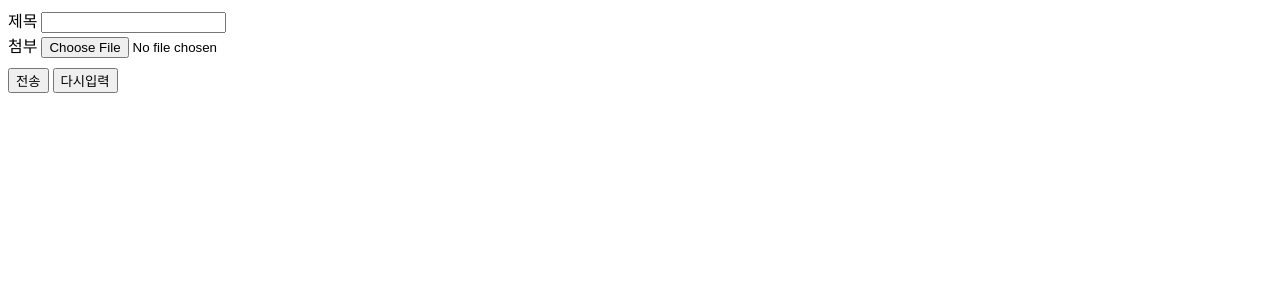
Repository: ted4010/jspstudy
Page: 001_servlet/src/main/webapp/pkg06_upload/NewFile.html
An editor plug-in stored every save of this project. The page is shown before and after the next save, followed by the edit.
The browser window is 1280 px wide. The pictures show the whole page.

Above is the page before, as saved 2024-02-28 06:48:54.

### 001_servlet/src/main/webapp/pkg06_upload/NewFile.html
<!DOCTYPE html>
<html>
<head>
<meta charset="UTF-8">
<title>Insert title here</title>
</head>
<script src="https://code.jquery.com/jquery-3.7.1.min.js" integrity="sha256-/JqT3SQfawRcv/BIHPThkBvs0OEvtFFmqPF/lYI/Cxo=" crossorigin="anonymous"></script>
<style>
  .btn-wrap {
    margin-top: 10px;
  }
</style>
<body>

  <form id="frm"
        method="POST"
        enctype="multipart/form-data">

    <div class="inp-wrap">
      <label for="title">제목</label>
      <input type="text" name="title" id="title">
    </div>
     <div class="inp-wrap">
      <label for="attach-file">첨부</label>
      <input type="file" name="attach-file" id="attach-file">
    </div>
    <div class="btn-wrap">
      <button type="submit">전송</button>
      <button type="reset">다시입력</button>
    </div>
  </form>
</body>
</html>

After the next save:
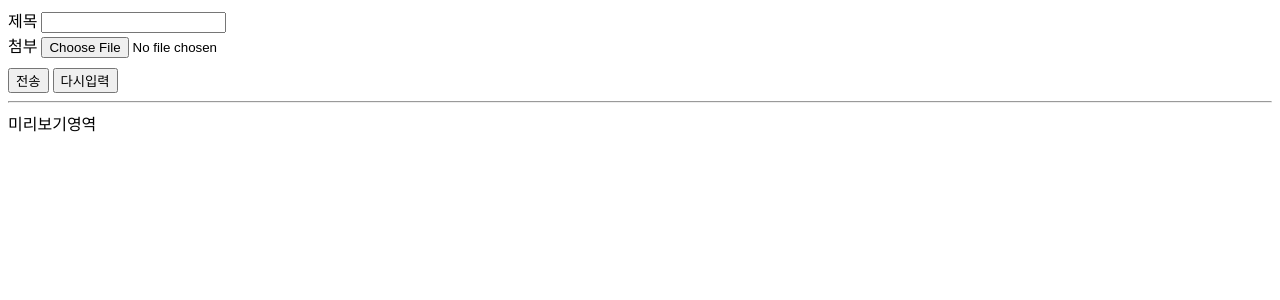
Saved 77 s later.
--- a/001_servlet/src/main/webapp/pkg06_upload/NewFile.html
+++ b/001_servlet/src/main/webapp/pkg06_upload/NewFile.html
@@ -29,5 +29,9 @@
       <button type="reset">다시입력</button>
     </div>
   </form>
+
+  <hr>
+
+  <div id="preview">미리보기영역</div>
 </body>
 </html>
